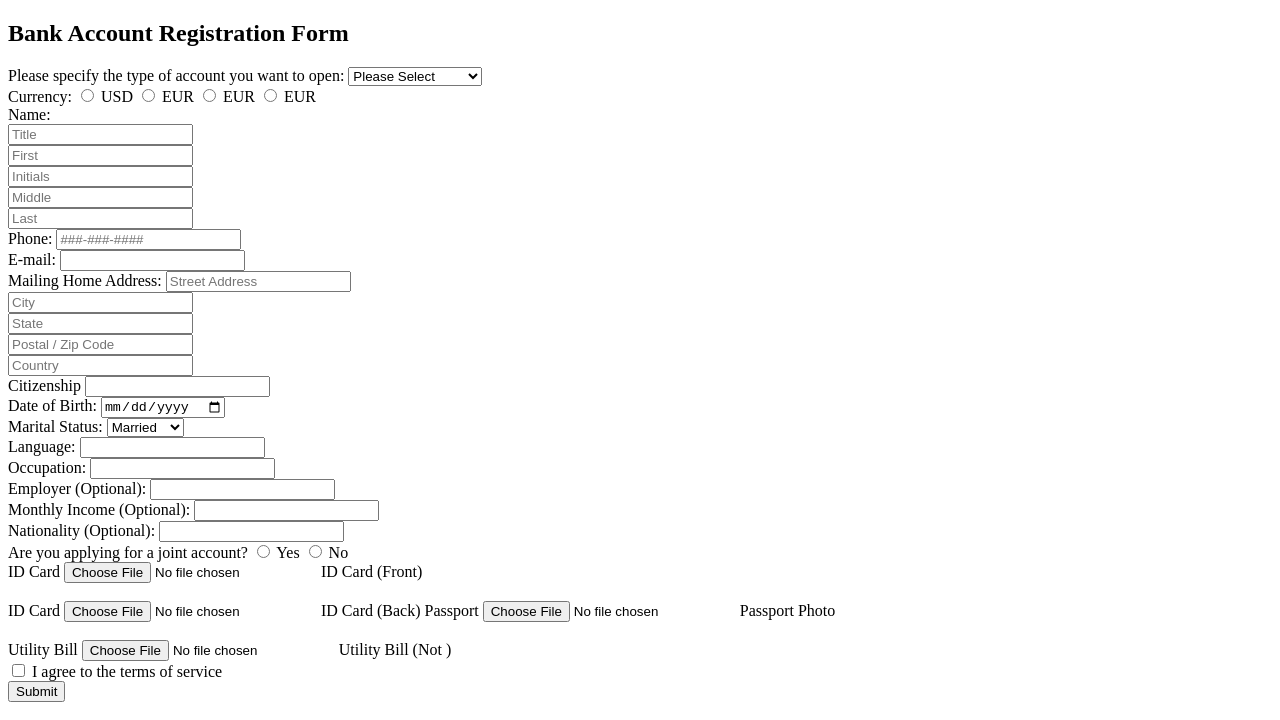
Repository: hizeetech/First-Assignment
Page: sign_up.html
The author's editor kept a copy of each file at every save. The page is drawn from the files as they stood at one save, then again after a run of saves.
The browser window is 1280 px wide. The pictures show the whole page.

Above is the page before, as saved 2024-11-09 02:34:40.

### sign_up.html
<!DOCTYPE html>
<html lang="en">
<head>
    <meta charset="UTF-8">
    <meta name="viewport" content="width=device-width, initial-scale=1.0">
    <title>Bank Account Registration Form</title>

</head>
<body>

<div>
    <h2>Bank Account Registration Form</h2>
    <form action="#" method="post">

        <div>
            <label for="account-type">Please specify the type of account you want to open:</label>
            <select id="account-type" name="account_type" required>
                <option value="">Please Select</option>
                <option value="savings">Savings Account</option>
                <option value="current">Current Account</option>
                <option value="corporate">Corporate Account</option>
            </select>
        </div>

        <div>
            <label>Currency:</label>
            <label><input type="radio" name="currency" value="NGN" required> USD</label>
            <label><input type="radio" name="currency" value="USD"> EUR</label>
            <label><input type="radio" name="currency" value="EUR"> EUR</label>
            <label><input type="radio" name="currency" value="POUNDS"> EUR</label>
        </div>

        <div>
            <label for="title">Name:</label>
            <div class="inline"><input type="text" id="title" name="title" placeholder="Title"></div>
            <div class="inline"><input type="text" name="first_name" placeholder="First" required></div>
            <div class="inline"><input type="text" name="initials" placeholder="Initials"></div>
            <div class="inline"><input type="text" name="middle_name" placeholder="Middle"></div>
            <input type="text" name="last_name" placeholder="Last" required>
        </div>

        <div>
            <label for="phone">Phone:</label>
            <input type="tel" id="phone" name="phone" placeholder="###-###-####" required>
        </div>

        <div>
            <label for="email">E-mail:</label>
            <input type="email" id="email" name="email" required>
        </div>

        <div>
            <label for="address">Mailing Home Address:</label>
            <input type="text" id="address" name="address" placeholder="Street Address" required>
            <div class="inline"><input type="text" name="city" placeholder="City" required></div>
            <div class="inline"><input type="text" name="state" placeholder="State" required></div>
            <div class="inline"><input type="text" name="postal_code" placeholder="Postal / Zip Code" required></div>
            <input type="text" name="country" placeholder="Country" required>
        </div>

        <div>
            <label for="citizenship">Citizenship</label>
            <input type="citizenship" id="citizenship" name="citizenship" required>
        </div>

        <div>
            <label for="dob">Date of Birth:</label>
            <input type="date" id="dob" name="dob" required>
        </div>

        <div>
            <label for="marital-status">Marital Status:</label>
            <select id="marital-status" name="marital_status" required>
                <option value="married">Married</option>
                <option value="single">Single</option>
                <option value="divorced">Divorced</option>
                <option value="widowed">Widowed</option>
            </select>
        </div>

        <div>
            <label for="language">Language:</label>
            <input type="text" id="language" name="language" required>
        </div>
        <div>
            <label for="occupation">Occupation:</label>
            <input type="text" id="occupation" name="occupation" required>
        </div>
        <div>
            <label for="employer">Employer (Optional):</label>
            <input type="text" id="employer" name="employer">
        </div>
        <div>
            <label for="income">Monthly Income (Optional):</label>
            <input type="text" id="income" name="monthly_income">
        </div>


        <div>
            <label for="nationality">Nationality (Optional):</label>
            <input type="text" id="nationality" name="nationality">
        </div>
        <div>
            <label>Are you applying for a joint account?</label>
            <label><input type="radio" name="joint_account" value="yes"> Yes</label>
            <label><input type="radio" name="joint_account" value="no"> No</label>
        </div>

        <div>
            <label>ID Card</label>
            <input type="file" accept="image/png, image/jpg, image/jpeg, image/webp, image/gif">
            <label for="id-card">ID Card (Front)</label><br><br>
            <label>ID Card</label>
            <input type="file" accept="image/png, image/jpg, image/jpeg, image/webp, image/gif">
            <label for="id-card">ID Card (Back)</label>
            <label>Passport</label>
            <input type="file" accept="image/png, image/jpg, image/jpeg, image/webp, image/gif">
            <label for="id-card">Passport Photo</label><br><br>
            <label>Utility Bill</label>
            <input type="file" accept="image/png, image/jpg, image/jpeg, image/webp, image/gif">
            <label for="id-card">Utility Bill (Not )</label>
        </div>

        <div>
            <input type="checkbox" id="terms" name="terms" required>
            <label for="terms">I agree to the terms of service</a></label>
        </div>



        <button type="submit" class="submit-btn">Submit</button>
    </form>
</div>

</body>
</html>

After the next 3 saves:
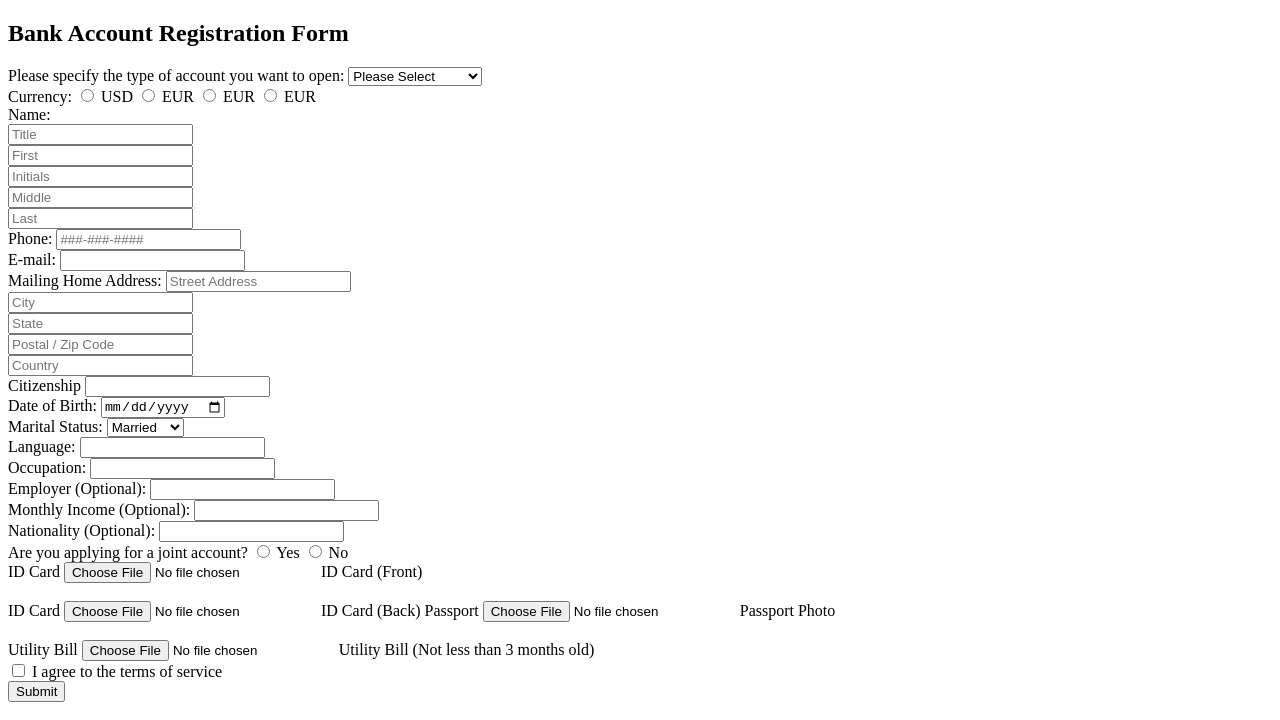
The 3 saves are shown as one change because they came seconds apart.
The last was saved 9 s later.
--- a/sign_up.html
+++ b/sign_up.html
@@ -118,7 +118,7 @@
             <label for="id-card">Passport Photo</label><br><br>
             <label>Utility Bill</label>
             <input type="file" accept="image/png, image/jpg, image/jpeg, image/webp, image/gif">
-            <label for="id-card">Utility Bill (Not )</label>
+            <label for="id-card">Utility Bill (Not less than 3 months old)</label>
         </div>
 
         <div>
